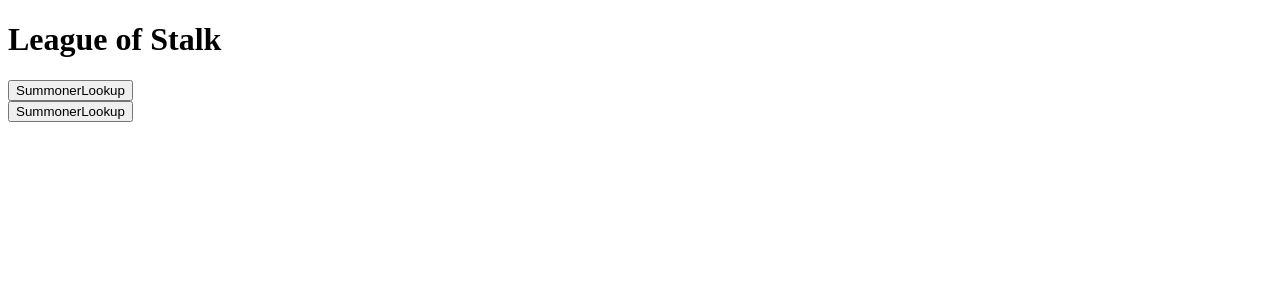
Repository: Dreifingerjpey/TestLos
Page: http://localhost/LeagueOfStalk/
An editor plug-in stored every save of this project. The page is shown before and after the next save, followed by the edit.
The browser window is 1280 px wide. The pictures show the whole page.
The page is served by Tomcat 9.

Above is the page before, as saved 2017-08-04 11:15:16.

After the next save:
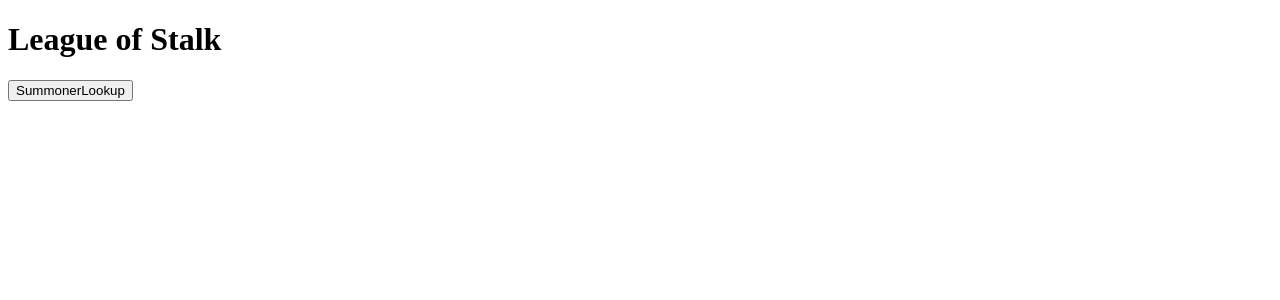
Saved 19 s later.
--- a/Eclipse/LeagueOfStalk/WebContent/index.jsp
+++ b/Eclipse/LeagueOfStalk/WebContent/index.jsp
@@ -14,9 +14,6 @@
 
 <input type="submit" value="SummonerLookup"/>
 </form>
-<form action="HTML/SummonerLookup.html">
 
-<input type="submit" value="SummonerLookup"/>
-</form>
 </body>
 </html>

After the save that followed:
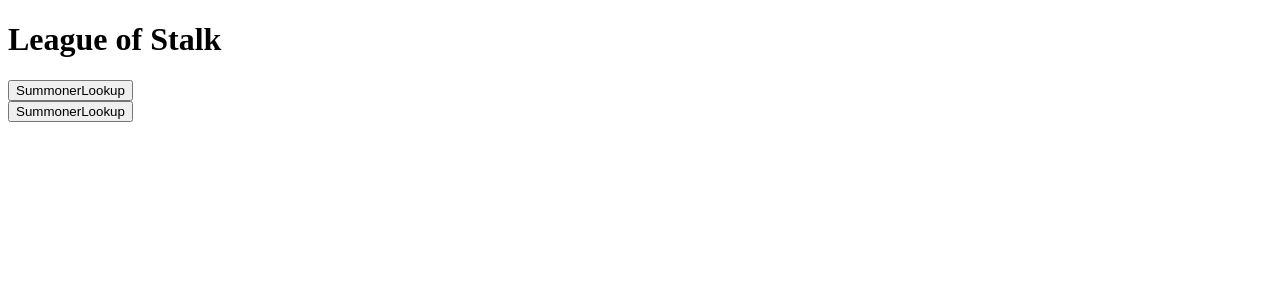
Saved 41 s later.
--- a/Eclipse/LeagueOfStalk/WebContent/index.jsp
+++ b/Eclipse/LeagueOfStalk/WebContent/index.jsp
@@ -14,6 +14,9 @@
 
 <input type="submit" value="SummonerLookup"/>
 </form>
+<form action="HTML/SummonerLookup.html">
 
+<input type="submit" value="SummonerLookup"/>
+</form>
 </body>
 </html>
